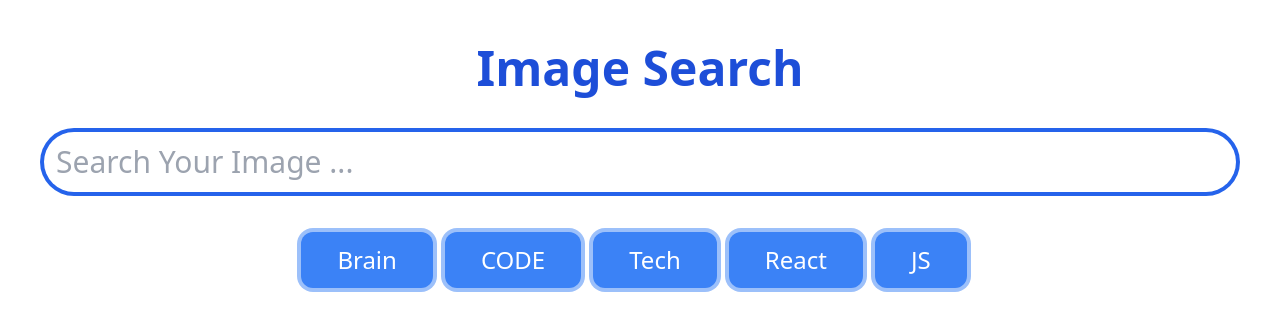
Repository: rkrukshan/react-image-gallery
Page: /
An editor plug-in stored every save of this project. The page is shown before and after the next save, followed by the edit.
The browser window is 1280 px wide. The pictures show the whole page.
The project was rebuilt for these pictures with package versions that can differ from the ones it lists, and the page was loaded fresh each time. Also part of the build but not shown: vite.config.js.

Above is the page before, as saved 2025-01-07 13:12:52.

After the next save:
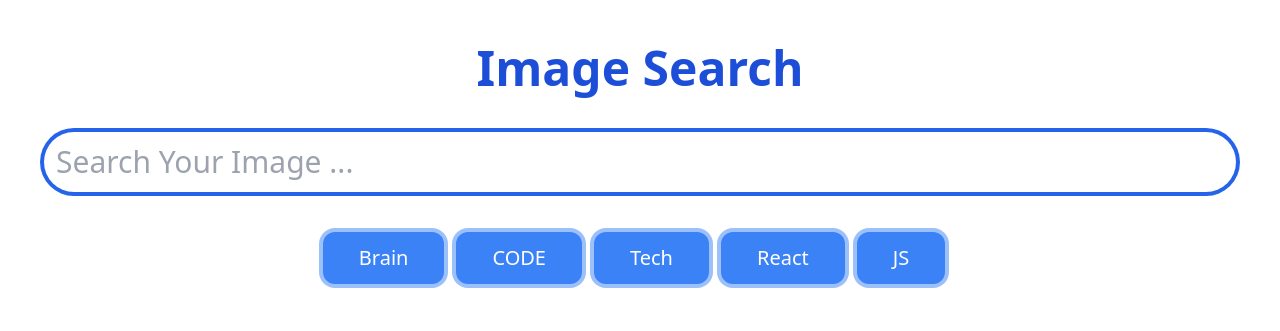
Saved 55 s later.
--- a/src/index.css
+++ b/src/index.css
@@ -3,5 +3,5 @@
 @tailwind utilities;
 
 .btn {
-  @apply bg-blue-500 text-white px-9 py-3 mr-3 rounded-xl ring-4 text-2xl hover:ring-slate-400;
+  @apply bg-blue-500 text-white px-9 py-3 mr-3 rounded-xl ring-4 text-xl hover:ring-slate-400;
 }
